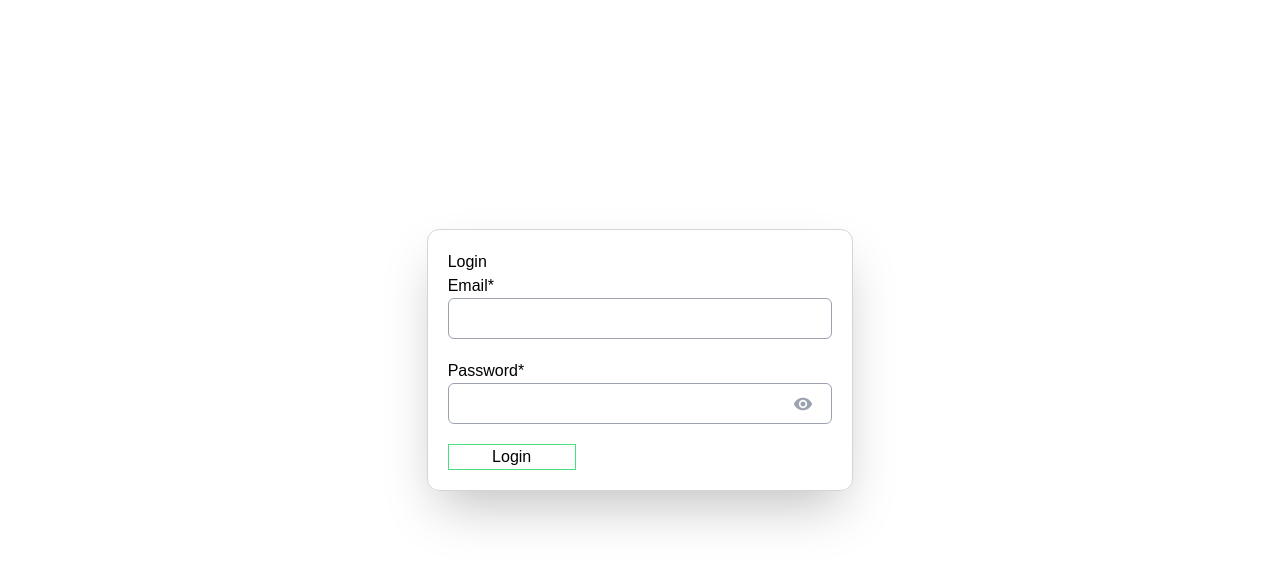
Repository: Qu4ntumGuy/support-ai
Page: /auth (app in frontend/)
The author's editor kept a copy of each file at every save. The page is drawn from the files as they stood at one save, then again after the next save.
The browser window is 1280 px wide. The pictures show the whole page.
The project was rebuilt for these pictures with package versions that can differ from the ones it lists, and the page was loaded fresh each time.

Above is the page before, as saved 2024-07-13 18:47:36.

### frontend/src/index.css
@tailwind base;
@tailwind components;
@tailwind utilities;

@import url("https://fonts.googleapis.com/css2?family=Poppins:ital,wght@0,100;0,200;0,300;0,400;0,500;0,600;0,700;0,800;0,900;1,100;1,200;1,300;1,400;1,500;1,600;1,700;1,800;1,900&display=swap");

:root {
  font-family: "Poppins", sans-serif;
  color-scheme: light;
}

### frontend/src/App.js
import React, { Suspense } from "react";
import { Route, Routes } from "react-router-dom";
import { BrowserRouter } from "react-router-dom";

const Home = React.lazy(() => import("./Pages/Home/Home"));
const Auth = React.lazy(() => import("./Pages/Auth/Auth"));

function App() {
  return (
    <>
      <BrowserRouter>
        <Suspense fallback={<div>Loading...</div>}>
          <Routes>
            <Route path="/" exact element={<Home />} />
            <Route path="/auth" exact element={<Auth />} />
          </Routes>
        </Suspense>
      </BrowserRouter>
    </>
  );
}

export default App;

### frontend/src/Pages/Auth/Auth.js
import React from "react";
import { Link } from "react-router-dom";
import VisibilityIcon from "@mui/icons-material/Visibility";
import VisibilityOffIcon from "@mui/icons-material/VisibilityOff";

function Auth() {
  const [email, setEmail] = React.useState("");
  const [password, setPass] = React.useState("");
  const [showPassword, setShowPassword] = React.useState(false);
  const [loading, setLoading] = React.useState(false);

  const loginHandler = async (e) => {
    e.preventDefault();
    setLoading(true);
    const res = await fetch("http://localhost:8000/api/login", {
      method: "POST",
      headers: {
        "Content-Type": "application/json",
      },
      body: JSON.stringify({ email, password }),
    });
    const data = await res.json();
    console.log(data);
    setLoading(false);
  };

  return (
    <div className="flex h-screen justify-center items-center">
      <div className="border border-gray-300 rounded-xl p-5 w-full md:w-1/2 m-5 shadow-2xl xl:w-1/3 2xl:w-[30%]">
        <div>Login</div>
        <div>
          <form>
            <div>
              <label>Email*</label>
              <input
                type="text"
                className=" hover:border-gray-500 border bg-inherit focus:outline-none  border-gray-400 w-full p-[2%] rounded-md mb-5"
                name="email"
                required
                onChange={(e) => setEmail(e.target.value)}
                value={email}
              />
            </div>
            <div>
              <label>Password*</label>
              <div className="flex border hover:border-gray-500 focus:outline-none  border-gray-400 w-full p-[2%] rounded-md mb-5 ">
                <input
                  type={showPassword ? "text" : "password"}
                  className="focus:outline-none w-11/12 bg-inherit"
                  name="password"
                  required
                  onChange={(e) => setPass(e.target.value)}
                  value={password}
                />
                <div
                  onClick={() => setShowPassword(!showPassword)}
                  className="w-1/12 cursor-pointer text-gray-400"
                >
                  {showPassword ? (
                    <VisibilityOffIcon fontSize="small" />
                  ) : (
                    <VisibilityIcon fontSize="small" />
                  )}
                </div>
              </div>
            </div>
            <button className="w-32 border border-green-400">
              {loading ? "Loading..." : "Login"}
            </button>
          </form>
        </div>
      </div>
    </div>
  );
}

export default Auth;

Loaded but not shown: frontend/public/index.html (common file); frontend/src/index.js (common file); frontend/src/reportWebVitals.js (common file); frontend/tailwind.config.js (common file)

After the next save:
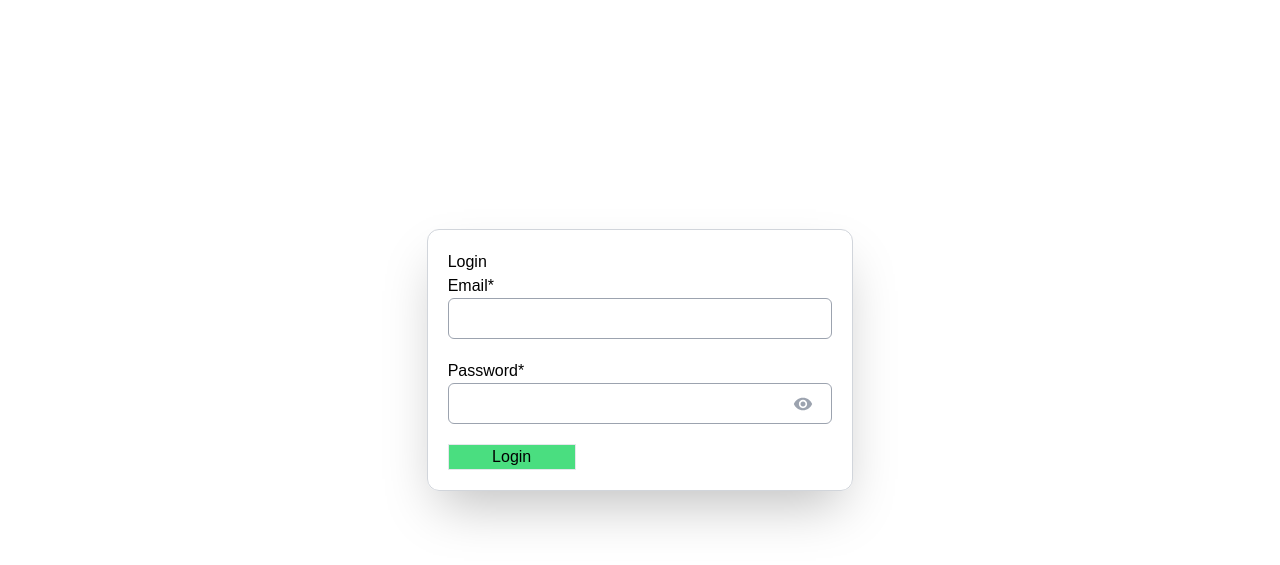
Saved 5 s later.
--- a/frontend/src/Pages/Auth/Auth.js
+++ b/frontend/src/Pages/Auth/Auth.js
@@ -64,7 +64,7 @@ function Auth() {
                 </div>
               </div>
             </div>
-            <button className="w-32 border border-green-400">
+            <button className="w-32 border bg-green-400">
               {loading ? "Loading..." : "Login"}
             </button>
           </form>
